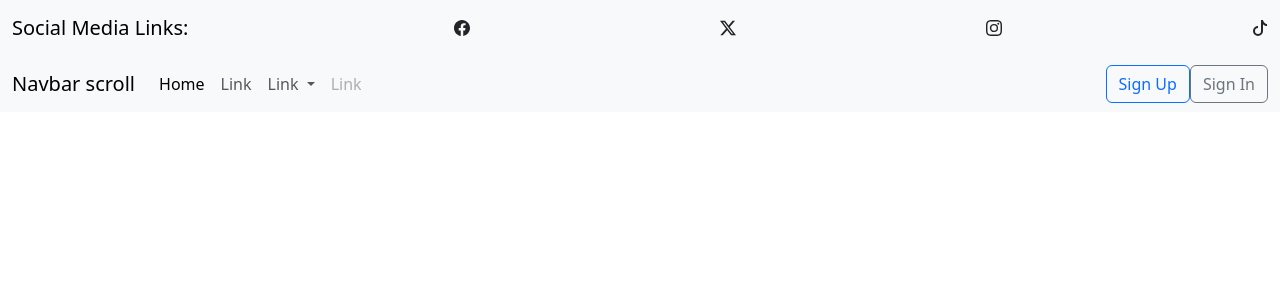
Repository: HaziimYassien/The-Discount-Empire
Page: index.html
An editor plug-in stored every save of this project. The page is shown before and after the next save, followed by the edit.
The browser window is 1280 px wide. The pictures show the whole page.

Above is the page before, as saved 2024-01-24 17:20:58.

### index.html
<!DOCTYPE html>
<html lang="en">
  <head>
    <meta charset="UTF-8" />
    <meta name="viewport" content="width=device-width, initial-scale=1.0" />
    <link rel="stylesheet" href="/style.css" />
    <link rel="stylesheet" href="/css/bootstrap.css" />
    <title>Document</title>
  </head>
  <body>
    <!-- START _SocialMediaBar -->
<nav class="navbar sticky-top navbar-light bg-light">
  <div class="container-fluid">
    <a class="navbar-brand" href="#">Social Media Links: </a>
    <svg xmlns="http://www.w3.org/2000/svg" width="16" height="16" fill="currentColor" class="bi bi-facebook" viewBox="0 0 16 16">
  <path d="M16 8.049c0-4.446-3.582-8.05-8-8.05C3.58 0-.002 3.603-.002 8.05c0 4.017 2.926 7.347 6.75 7.951v-5.625h-2.03V8.05H6.75V6.275c0-2.017 1.195-3.131 3.022-3.131.876 0 1.791.157 1.791.157v1.98h-1.009c-.993 0-1.303.621-1.303 1.258v1.51h2.218l-.354 2.326H9.25V16c3.824-.604 6.75-3.934 6.75-7.951"/>
</svg>
<svg xmlns="http://www.w3.org/2000/svg" width="16" height="16" fill="currentColor" class="bi bi-twitter-x" viewBox="0 0 16 16">
  <path d="M12.6.75h2.454l-5.36 6.142L16 15.25h-4.937l-3.867-5.07-4.425 5.07H.316l5.733-6.57L0 .75h5.063l3.495 4.633L12.601.75Zm-.86 13.028h1.36L4.323 2.145H2.865z"/>
</svg>
<svg xmlns="http://www.w3.org/2000/svg" width="16" height="16" fill="currentColor" class="bi bi-instagram" viewBox="0 0 16 16">
  <path d="M8 0C5.829 0 5.556.01 4.703.048 3.85.088 3.269.222 2.76.42a3.9 3.9 0 0 0-1.417.923A3.9 3.9 0 0 0 .42 2.76C.222 3.268.087 3.85.048 4.7.01 5.555 0 5.827 0 8.001c0 2.172.01 2.444.048 3.297.04.852.174 1.433.372 1.942.205.526.478.972.923 1.417.444.445.89.719 1.416.923.51.198 1.09.333 1.942.372C5.555 15.99 5.827 16 8 16s2.444-.01 3.298-.048c.851-.04 1.434-.174 1.943-.372a3.9 3.9 0 0 0 1.416-.923c.445-.445.718-.891.923-1.417.197-.509.332-1.09.372-1.942C15.99 10.445 16 10.173 16 8s-.01-2.445-.048-3.299c-.04-.851-.175-1.433-.372-1.941a3.9 3.9 0 0 0-.923-1.417A3.9 3.9 0 0 0 13.24.42c-.51-.198-1.092-.333-1.943-.372C10.443.01 10.172 0 7.998 0zm-.717 1.442h.718c2.136 0 2.389.007 3.232.046.78.035 1.204.166 1.486.275.373.145.64.319.92.599s.453.546.598.92c.11.281.24.705.275 1.485.039.843.047 1.096.047 3.231s-.008 2.389-.047 3.232c-.035.78-.166 1.203-.275 1.485a2.5 2.5 0 0 1-.599.919c-.28.28-.546.453-.92.598-.28.11-.704.24-1.485.276-.843.038-1.096.047-3.232.047s-2.39-.009-3.233-.047c-.78-.036-1.203-.166-1.485-.276a2.5 2.5 0 0 1-.92-.598 2.5 2.5 0 0 1-.6-.92c-.109-.281-.24-.705-.275-1.485-.038-.843-.046-1.096-.046-3.233s.008-2.388.046-3.231c.036-.78.166-1.204.276-1.486.145-.373.319-.64.599-.92s.546-.453.92-.598c.282-.11.705-.24 1.485-.276.738-.034 1.024-.044 2.515-.045zm4.988 1.328a.96.96 0 1 0 0 1.92.96.96 0 0 0 0-1.92m-4.27 1.122a4.109 4.109 0 1 0 0 8.217 4.109 4.109 0 0 0 0-8.217m0 1.441a2.667 2.667 0 1 1 0 5.334 2.667 2.667 0 0 1 0-5.334"/>
</svg>
<svg xmlns="http://www.w3.org/2000/svg" width="16" height="16" fill="currentColor" class="bi bi-tiktok" viewBox="0 0 16 16">
  <path d="M9 0h1.98c.144.715.54 1.617 1.235 2.512C12.895 3.389 13.797 4 15 4v2c-1.753 0-3.07-.814-4-1.829V11a5 5 0 1 1-5-5v2a3 3 0 1 0 3 3z"/>
</svg>

  </div>
</nav>
    <!-- END _SocialMediaBar -->
    <!-- START _NavBar -->
    <nav class="navbar navbar-expand-lg navbar-light bg-light">
      <div class="container-fluid">
        <a class="navbar-brand" href="#">Navbar scroll</a>
        <button
          class="navbar-toggler"
          type="button"
          data-bs-toggle="collapse"
          data-bs-target="#navbarScroll"
          aria-controls="navbarScroll"
          aria-expanded="false"
          aria-label="Toggle navigation"
        >
          <span class="navbar-toggler-icon"></span>
        </button>
        <div class="collapse navbar-collapse" id="navbarScroll">
          <ul
            class="navbar-nav me-auto my-2 my-lg-0 navbar-nav-scroll"
            style="--bs-scroll-height: 100px"
          >
            <li class="nav-item">
              <a class="nav-link active" aria-current="page" href="#">Home</a>
            </li>
            <li class="nav-item">
              <a class="nav-link" href="#">Link</a>
            </li>
            <li class="nav-item dropdown">
              <a
                class="nav-link dropdown-toggle"
                href="#"
                id="navbarScrollingDropdown"
                role="button"
                data-bs-toggle="dropdown"
                aria-expanded="false"
              >
                Link
              </a>
              <ul
                class="dropdown-menu"
                aria-labelledby="navbarScrollingDropdown"
              >
                <li><a class="dropdown-item" href="#">Action</a></li>
                <li><a class="dropdown-item" href="#">Another action</a></li>
                <li><hr class="dropdown-divider" /></li>
                <li>
                  <a class="dropdown-item" href="#">Something else here</a>
                </li>
              </ul>
            </li>
            <li class="nav-item">
              <a
                class="nav-link disabled"
                href="#"
                tabindex="-1"
                aria-disabled="true"
                >Link</a
              >
            </li>
          </ul>

            <button class="btn btn-outline-primary" type="#">
              Sign Up
            </button>
              <button class="btn btn-outline-secondary" type="#">
              Sign In
            </button>
          </form>
        </div>
      </div>
    </nav>
    <!-- END _NavBar -->

    <script src="/js/bootstrap.js"></script>
    <script src="/script.js"></script>
  </body>
</html>

Loaded but not shown: css/bootstrap.css (library); js/bootstrap.js (library); style.css (no stored copy; drawn as an empty file); script.js (no stored copy; drawn as an empty file)

After the next save:
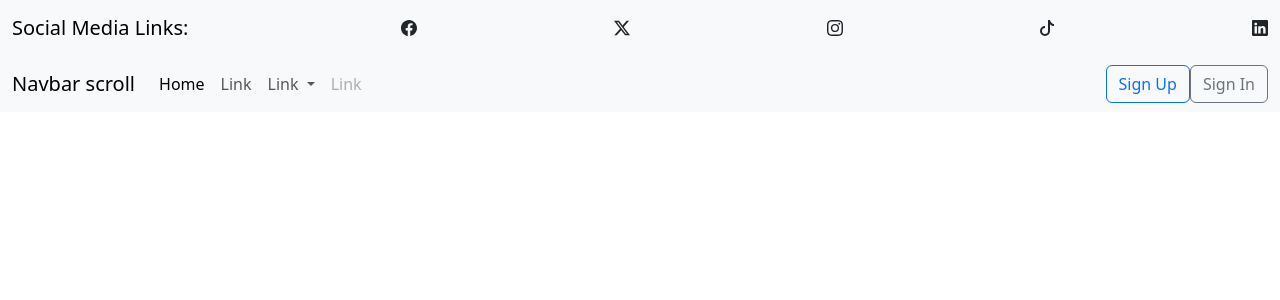
Saved 17 s later.
--- a/index.html
+++ b/index.html
@@ -23,6 +23,9 @@
 </svg>
 <svg xmlns="http://www.w3.org/2000/svg" width="16" height="16" fill="currentColor" class="bi bi-tiktok" viewBox="0 0 16 16">
   <path d="M9 0h1.98c.144.715.54 1.617 1.235 2.512C12.895 3.389 13.797 4 15 4v2c-1.753 0-3.07-.814-4-1.829V11a5 5 0 1 1-5-5v2a3 3 0 1 0 3 3z"/>
+</svg>
+<svg xmlns="http://www.w3.org/2000/svg" width="16" height="16" fill="currentColor" class="bi bi-linkedin" viewBox="0 0 16 16">
+  <path d="M0 1.146C0 .513.526 0 1.175 0h13.65C15.474 0 16 .513 16 1.146v13.708c0 .633-.526 1.146-1.175 1.146H1.175C.526 16 0 15.487 0 14.854zm4.943 12.248V6.169H2.542v7.225zm-1.2-8.212c.837 0 1.358-.554 1.358-1.248-.015-.709-.52-1.248-1.342-1.248S2.4 3.226 2.4 3.934c0 .694.521 1.248 1.327 1.248zm4.908 8.212V9.359c0-.216.016-.432.08-.586.173-.431.568-.878 1.232-.878.869 0 1.216.662 1.216 1.634v3.865h2.401V9.25c0-2.22-1.184-3.252-2.764-3.252-1.274 0-1.845.7-2.165 1.193v.025h-.016l.016-.025V6.169h-2.4c.03.678 0 7.225 0 7.225z"/>
 </svg>
 
   </div>
